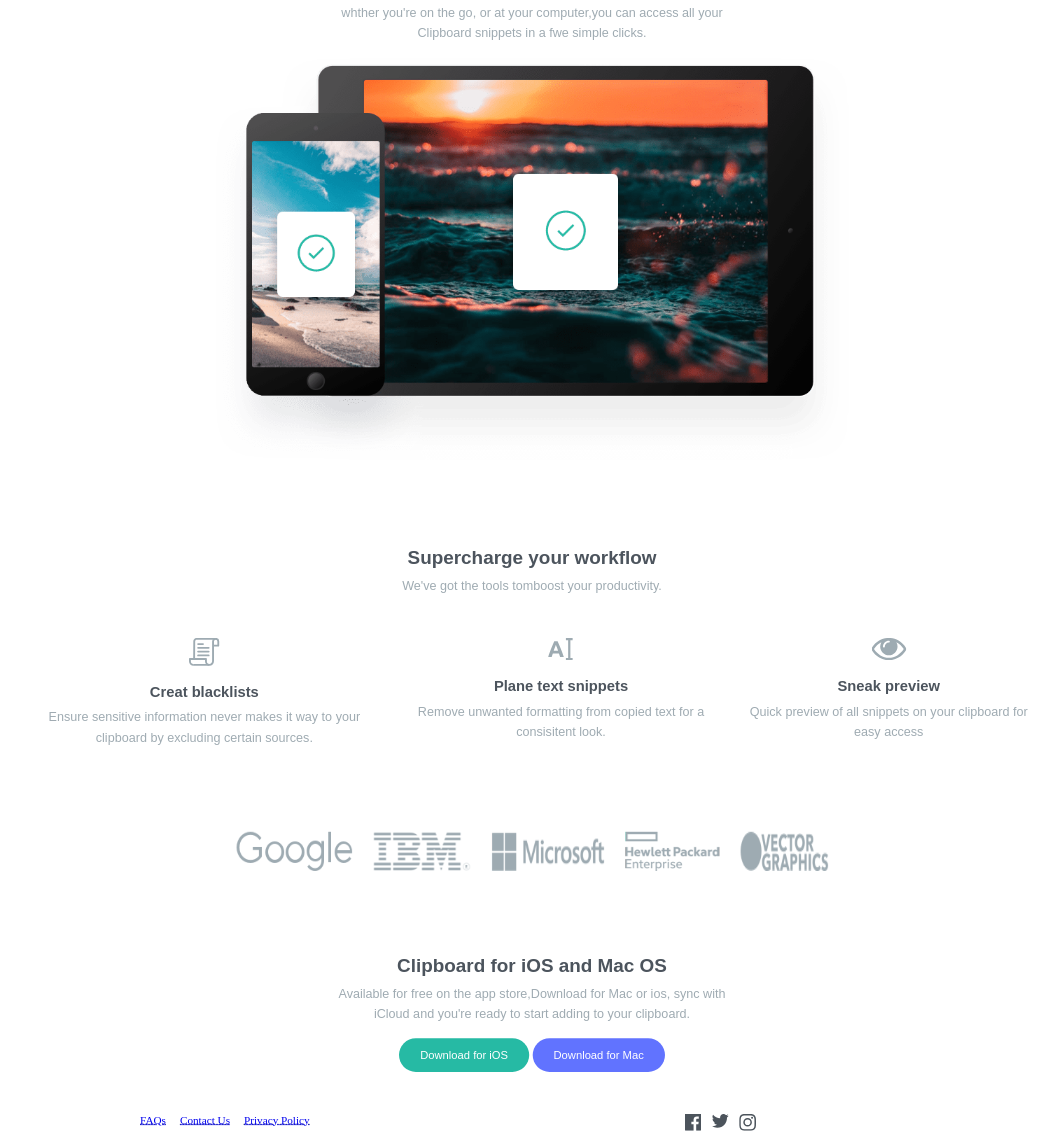
Repository: moataz305G/Clipboard-landing-page
Page: index.html
An editor plug-in stored every save of this project. The page is shown before and after the next save, followed by the edit.
The browser window is 1280 px wide. The page is 1520 px wide, so the pictures cover 1520 px, including what lies to the right of the window. The pictures show the part of the page from y = 1445 to 3085 px (the page is 3085 px tall), at 70% of full size.

Above is the page before, as saved 2025-12-21 14:40:11.

### index.html
<!DOCTYPE html>
<html lang="en">
  <head>
    <meta charset="UTF-8" />
    <meta name="viewport" content="width=device-width, initial-scale=1.0" />

    <link
      rel="icon"
      type="image/png"
      sizes="32x32"
      href="./images/favicon-32x32.png"
    />
    <title>Clipboard landing page</title>
    <link rel="stylesheet" href="style.css" />
  </head>
  <body>
    <div>
      <article class="container">
        <section class="hero section">
          <img class="hero__logo" src="images/logo.svg" alt="Clipboard Logo" />

          <h1 class="hero__title">A history of everything you copy</h1>
          <p>
            Clipboard allows you to track and organize everything you
            copy.Instantly access your clipboard on all your device.
          </p>
          <button class="btn btn--ios">Doewnlode for IOS</button>
          <button class="btn btn--mac">Dowenlode for Mac</button>
        </section>

        <section class="snippets section">
          <h2>Keep track of your snippets</h2>
          <p>
            Clipboard instantly stores any item you copy in the cloud,meaning
            you can access your snippets immediately on all your devices. Our
            Mac and IOS apps will help you organize everything.
          </p>
        </section>

        <section class="fuatures section">
          <img
            class="fuature__image"
            src="images/image-computer.png"
            alt="Fuatures image "
          />
          <div class="fuatures__text">
            <div>
              <h4>Quick Search</h4>
              <p>
                Easily search your snippets by content,category,web
                address,application,and more.
              </p>
            </div>
            <div>
              <h4>iCloud Sync</h4>
              <p>Instantly save and syncs snippets across all your devices.</p>
            </div>
            <div>
              <h4>Complete History</h4>
              <p>
                Retrieve any snippets from the first moment you start using the
                app.
              </p>
            </div>
          </div>
        </section>

        <section class="access_anywhere section">
          <h2>Access Clipboard Anywhere</h2>
          <p>
            whther you're on the go, or at your computer,you can access all your
            Clipboard snippets in a fwe simple clicks.
          </p>
          <img
            class="access_anywhere__image"
            src="images/image-devices.png"
            alt="Access Clipboard Anywhere_image"
          />
        </section>

        <section class="workflow section">
          <div class="workflow__title">
            <h2>Supercharge your workflow</h2>
            <p>We've got the tools tomboost your productivity.</p>
          </div>

          <div class="workflow__tools">
            <div class="blacklist">
              <img src="images/icon-blacklist.svg " />
              <h3>Creat blacklists</h3>
              <p>
                Ensure sensitive information never makes it way to your
                clipboard by excluding certain sources.
              </p>
            </div>

            <div class="Plane-text">
              <img src="images/icon-text.svg" />
              <h3>Plane text snippets</h3>
              <p>
                Remove unwanted formatting from copied text for a consisitent
                look.
              </p>
            </div>

            <div class="preview">
              <img src="images/icon-preview.svg " />
              <h3>Sneak preview</h3>
              <p>
                Quick preview of all snippets on your clipboard for easy access
              </p>
            </div>
          </div>
        </section>

        <section class="largest-companies">
          <img src="images/logo-google.png" />
          <img src="images/logo-ibm.png" />
          <img src="images/logo-microsoft.png" />
          <img src="images/logo-hp.png" />
          <img src="images/logo-vector-graphics.png" />
        </section>

        <section class="Doewnlode">
          <h2>Clipboard for iOS and Mac OS</h2>
          <p>
            Available for free on the app store,Download for Mac or ios, sync
            with iCloud and you're ready to start adding to your clipboard.
          </p>
          <button class="btn btn--ios">Download for iOS</button>
          <button class="btn btn--mac">Download for Mac</button>
        </section>
      </article>

      <footer class="footer">
        <div class="footer__links">
          <a href="#">FAQs</a>
          <a href="#">Contact Us</a>
          <a href="#">Privacy Policy</a>
        </div>
        <div class="footer__social-media">
          <a><img src="images/icon-facebook.svg" /></a>
          <a><img src="images/icon-twitter.svg" /></a>
          <a><img src="images/icon-instagram.svg" /></a>
        </div>
      </footer>
    </div>
  </body>
</html>

### style.css
* {
  margin: 0;
  padding: 0;
}
.container {
  width: 1440px;
  height: auto;
  margin: 0 auto;
  font-size: 18px;
  font-family: "Bai Jamjuree", sans-serif;
  /* font-weight: 400px; */
}
h1,
h2,
h3,
h4 {
  color: #4c545d;
  margin-top: 20px;
  margin-bottom: 10px;
}
h2 {
  color: #4c545d;
  margin-top: 20px;
  margin-bottom: 10px;
}
h1,
h2,
h3,
h4 {
  font-weight: 600;
}
p {
  max-width: 600px;
  color: #9fabb2;
  margin: 0 auto;
  margin-top: 10px;
  margin-bottom: 20px;

  line-height: 1.6;
  text-align: center;
}

.container {
  display: grid;
  text-align: center;
  padding: 40px;
  row-gap: 100px;
}
/* .hero,
.snippets,
.fuatures,
.access-anywhere,
.tools,
.workflow,
.bag-campany,
.Doewnlode {
  margin: 60px 0;
} */
/* button */
.btn {
  color: #fff;
  border: none;
  padding: 15px 30px;
  font-size: 16px;
  cursor: pointer;
  border-radius: 30px;
}
.btn--ios {
  background-color: #26baa4ff;
  transition: background-color 0.3s;
}
.btn--ios:hover {
  background-color: #20a18f;
}

.btn--mac {
  background-color: #6173ff;
  transition: background-color 0.3s;
}

.btn--mac:hover {
  background-color: #5262e0;
}
/* end button */

/* fuatures */
.fuatures {
  display: flex;
  justify-content: center;
  gap: 15px;
}

.fuatures__text p {
  max-width: 300px;
}
/* end fuatures */

/* workflow */
.workflow {
  display: grid;
  gap: 40px;
}
.workflow__title {
  text-align: center;
}

.workflow__tools {
  display: flex;
  justify-content: center;
  gap: 30px;
}
/* end workflow */

.largest-companies {
  display: flex;
  justify-content: center;
  gap: 30px;
}
/* footer */
footer {
  display: flex;
  justify-content: space-between;
  padding: 20px 200px;
}
.footer__links {
  display: flex;
  justify-content: center;
  gap: 20px;
}
.footer__links {
  text-decoration: underline dotted;
  color: hsl(210, 10%, 33%);
  transition: color 0.3s;
}

.footer__links a:hover {
  color: #26baa4ff;
}
.footer__social-media {
  display: flex;
  justify-content: center;
  gap: 15px;
  cursor: pointer;
}
/* end footer */

After the next save:
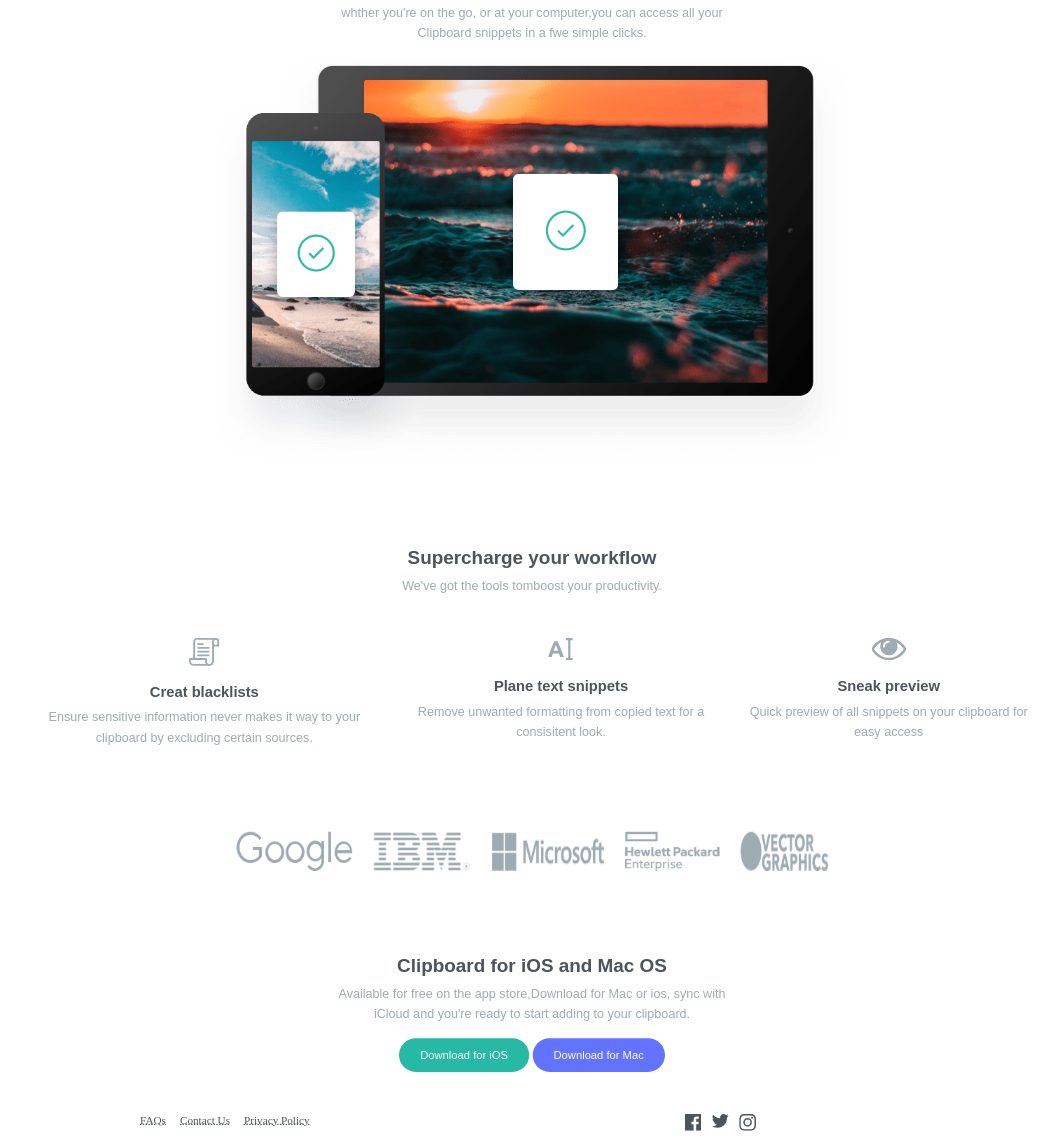
Saved 38 s later.
--- a/style.css
+++ b/style.css
@@ -127,7 +127,7 @@
   justify-content: center;
   gap: 20px;
 }
-.footer__links {
+.footer__links a {
   text-decoration: underline dotted;
   color: hsl(210, 10%, 33%);
   transition: color 0.3s;
